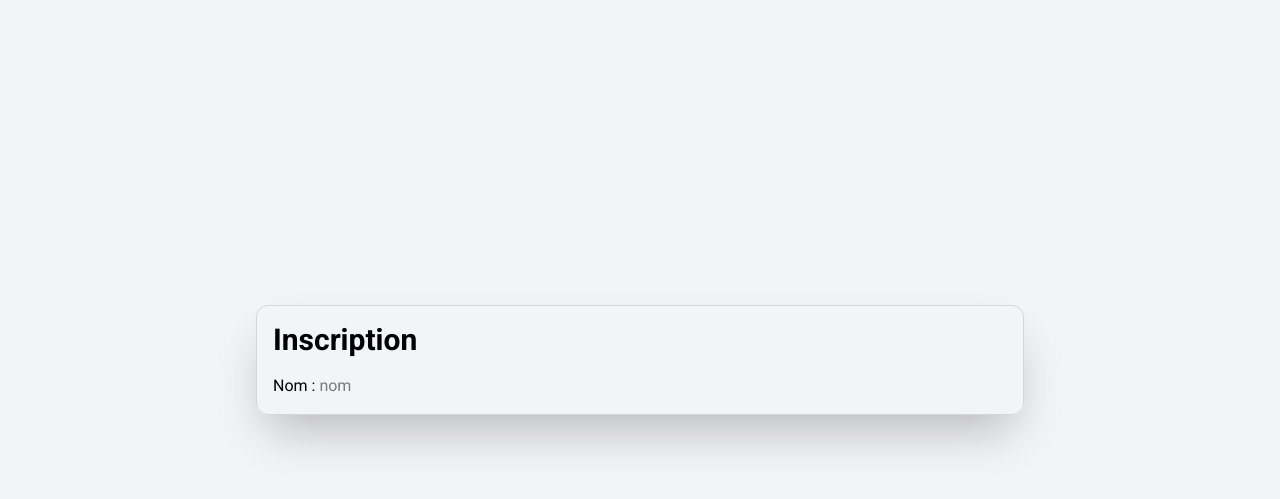
Repository: fahchouchsm/clubSportifWeb
Page: src/pages/inscription.html
An editor plug-in stored every save of this project. The page is shown before and after the next save, followed by the edit.
The browser window is 1280 px wide. The pictures show the whole page.

Above is the page before, as saved 2025-04-16 18:14:43.

After the next save:
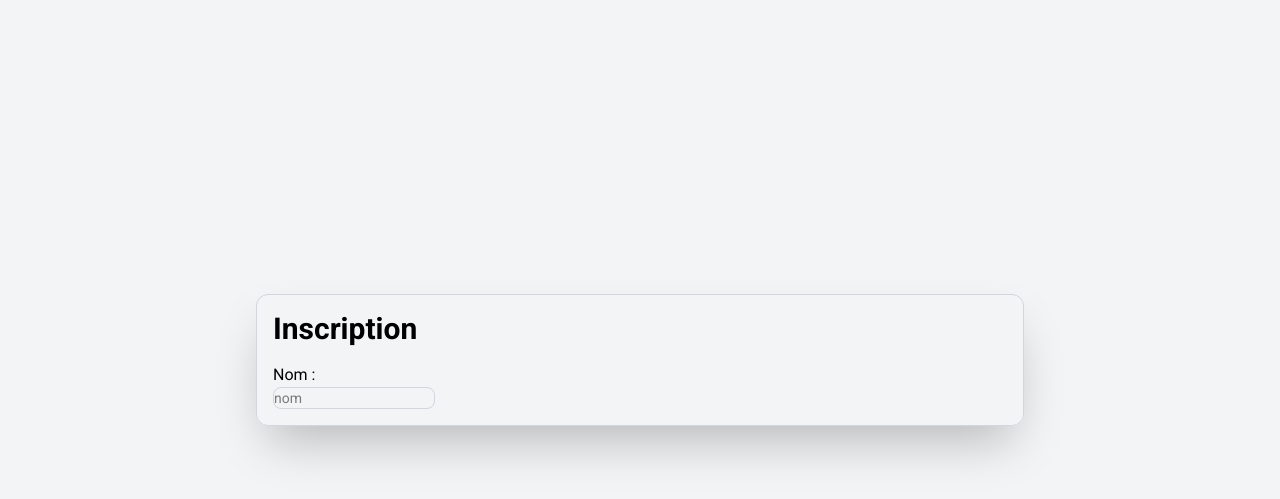
Saved 14 s later.
--- a/src/pages/inscription.html
+++ b/src/pages/inscription.html
@@ -19,7 +19,7 @@
             <div class="">
               <label for="nom"> Nom : </label>
               <input
-                class=""
+                class="block w-full rounded-lg border border-gray-300 bg-gray-50 p-2.5 ps-10 text-sm text-gray-900 focus:border-blue-500 focus:ring-blue-500 dark:border-gray-600 dark:bg-gray-700 dark:text-white dark:placeholder-gray-400 dark:focus:border-blue-500 dark:focus:ring-blue-500"
                 type="text"
                 name="nom"
                 id="nom"
